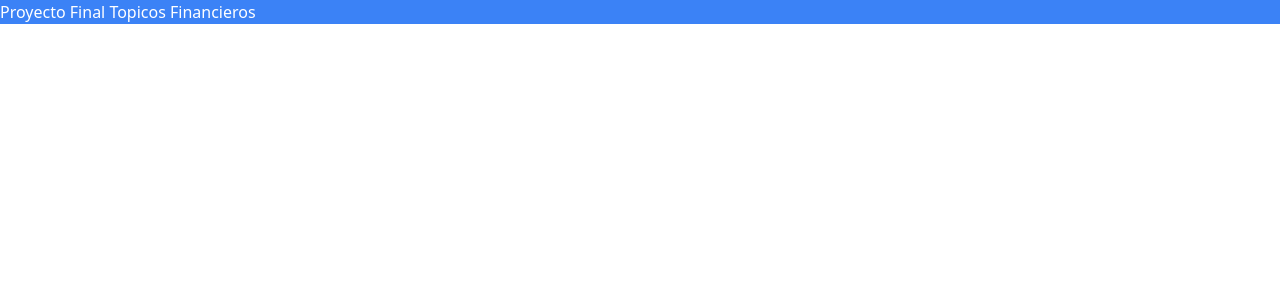
Repository: SistemaACT/Portafolio
Page: /
An editor plug-in stored every save of this project. The page is shown before and after the next save, followed by the edit.
The browser window is 1280 px wide. The pictures show the whole page.
The project was rebuilt for these pictures with package versions that can differ from the ones it lists, and the page was loaded fresh each time. The framework's server and built-in components were replaced by stand-ins that run in the browser. Also part of the build but not shown: svelte.config.js, vite.config.ts.

Above is the page before, as saved 2024-07-06 23:42:11.

After the next save:
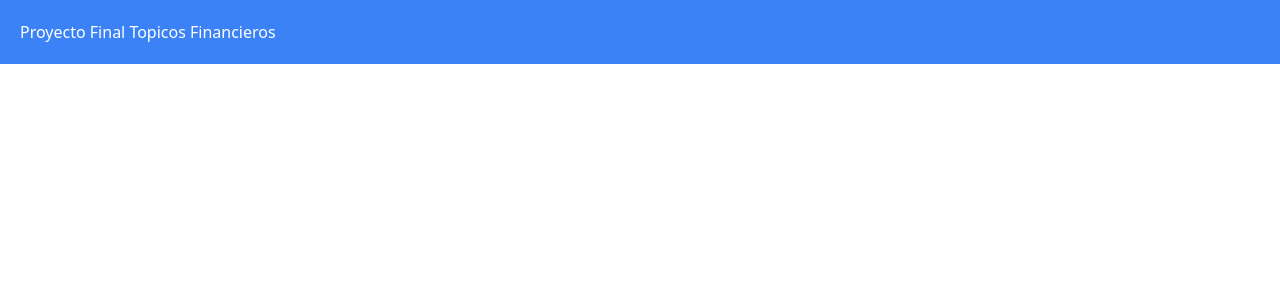
Saved 60 s later.
--- a/src/routes/+page.svelte
+++ b/src/routes/+page.svelte
@@ -1,3 +1,3 @@
-<div class="w-full bg-blue-500 text-white">
+<div class="w-full bg-blue-500 text-white p-5">
     Proyecto Final Topicos Financieros
 </div>
